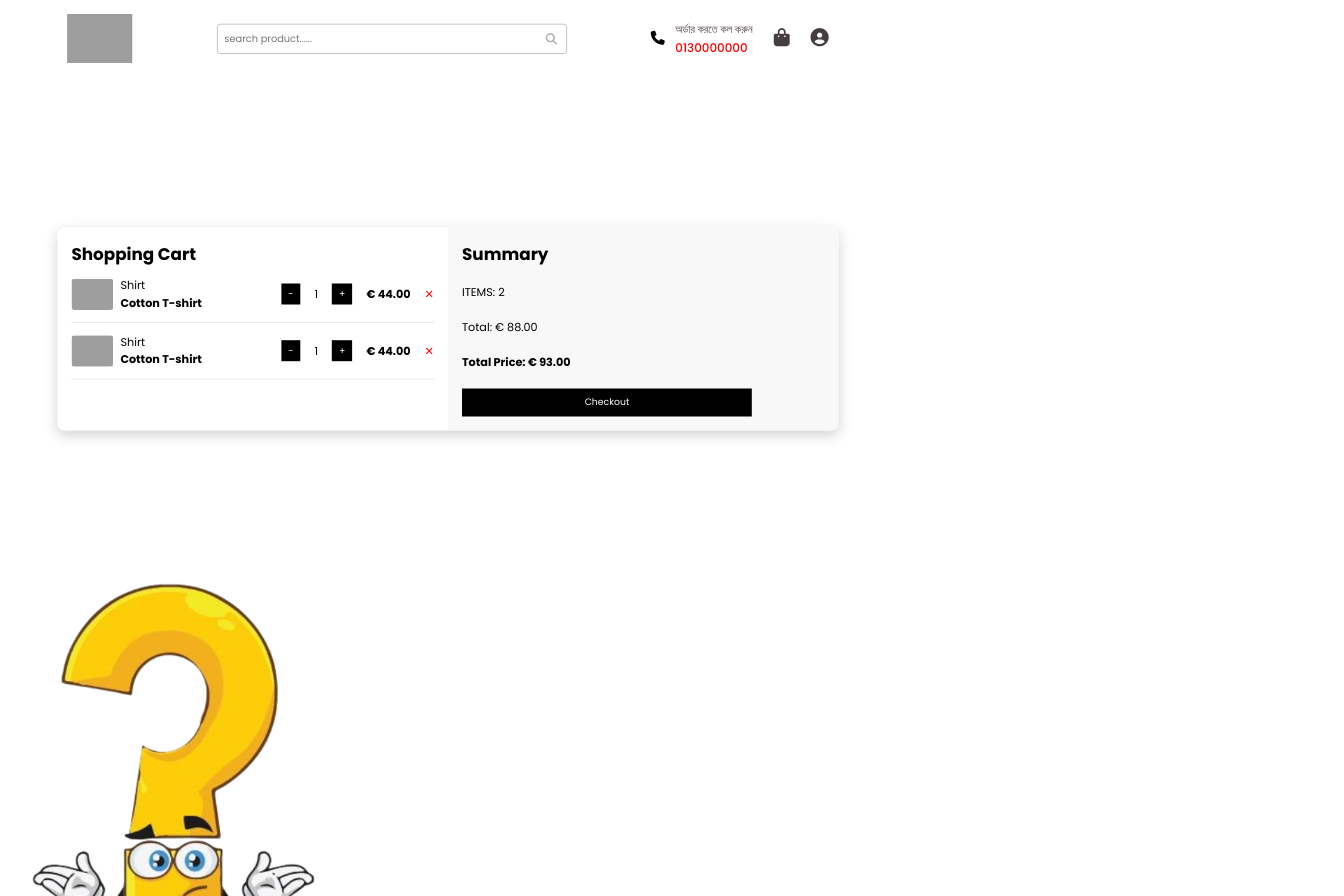
Repository: saifscripts/accessories-mart
Page: /cart
These files come from the project's save history. The page is drawn as it stood at one moment and after the next save; the edit follows.
The browser window is 1280 px wide. The page is 3000 px wide, so the pictures cover 1920 px, including what lies to the right of the window. The pictures show the part of the page from y = 0 to 1280 px (the page is 7972 px tall), at 70% of full size.
Pictures or frames that could not be fetched are drawn as grey boxes. The page's requests for data from a server got no answer. The project was rebuilt for these pictures with package versions that can differ from the ones it lists, and the page was loaded fresh each time. No one was signed in, and anything a server would have sent is missing. Also part of the build but not shown: vite.config.js, src/App.jsx, src/components/Hero.jsx, src/components/Products.jsx, src/components/Loader.jsx, src/components/ProductSection.jsx, src/components/ProductsByClass.jsx, src/pages/Home.jsx and 2 more. Imported but missing from the stored project, and not drawn on this page: src/context/CartContext.

Above is the page before, as saved 2025-03-17 01:55:38.

After the next save:
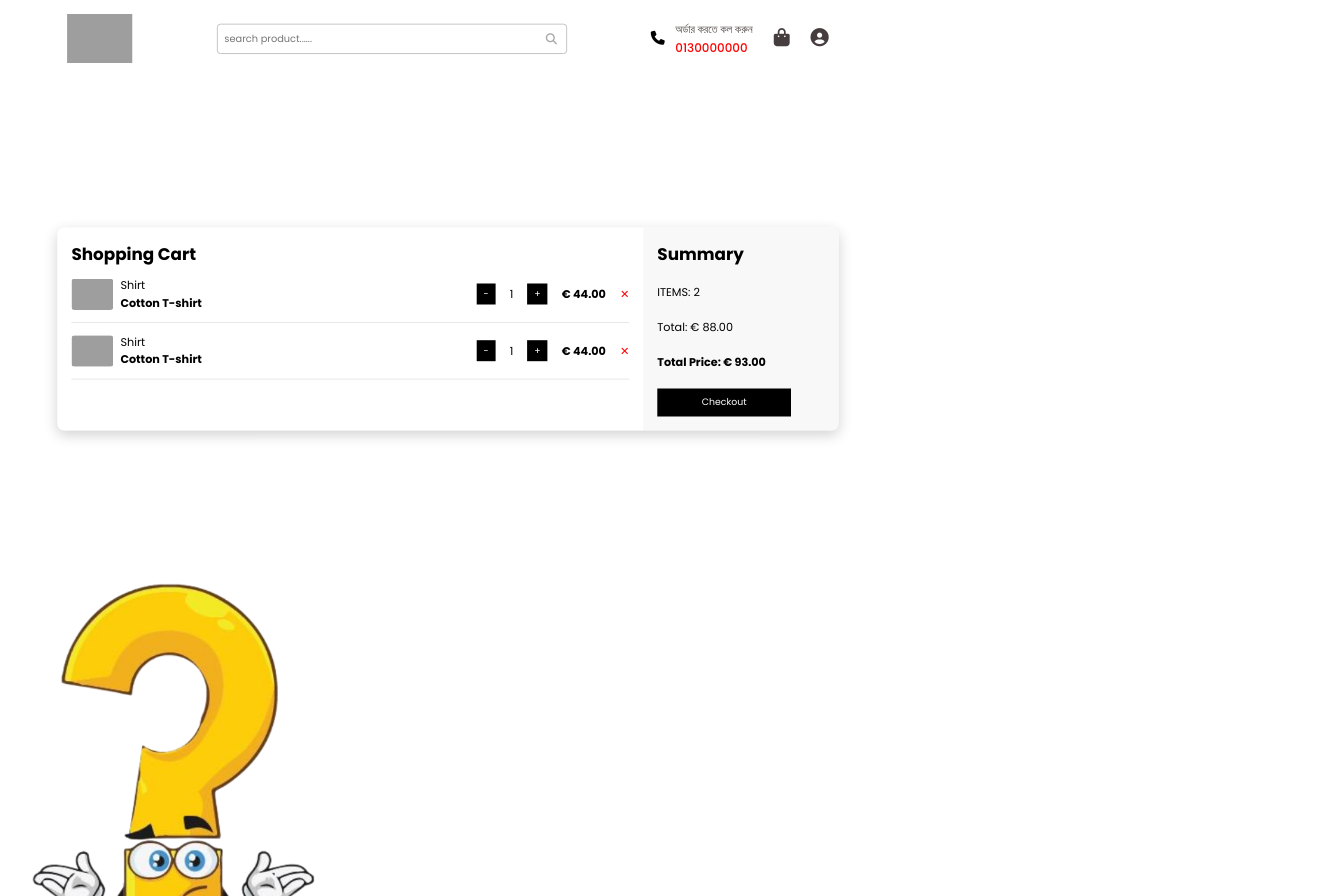
Saved 110 s later.
--- a/src/index.css
+++ b/src/index.css
@@ -1027,7 +1027,8 @@ header {
 
 /* Two Column Layout */
 .container {
-  display: flex;
+  display: grid;
+  grid-template-columns: 3fr 1fr;
   width: 90%;
   background: white;
   box-shadow: 0 6px 20px rgba(0, 0, 0, 0.19);
